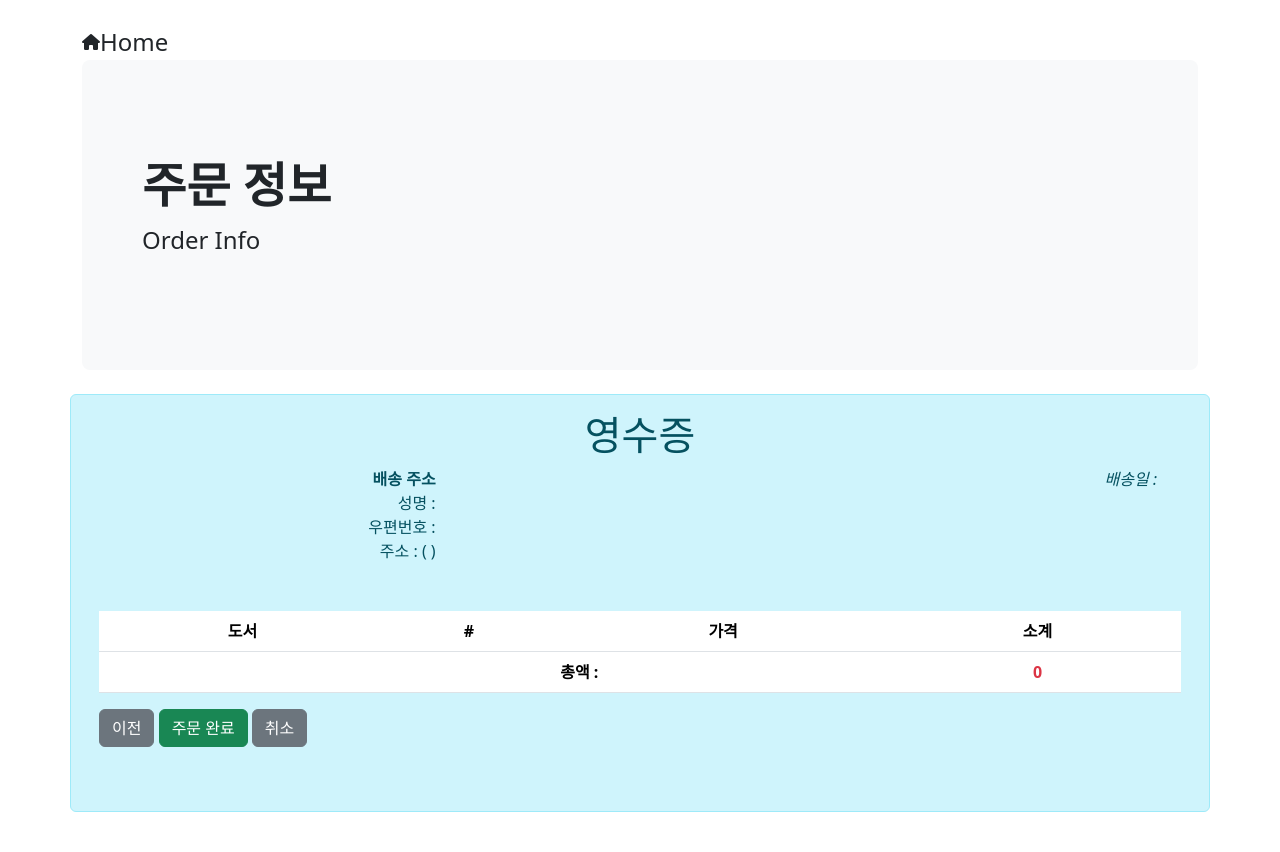
Repository: byeolchorong/ITedunet
Page: http://localhost/BookMarket/orderConfirmation.jsp
These files come from the project's save history. The page is drawn as it stood at one moment and after the next save; the edit follows.
The browser window is 1280 px wide. The pictures show the whole page.
Some web libraries are served in a nearby version. The page is served by Tomcat 10. Nobody is signed in. The application's start-up code is not run. Other server files are loaded and not shown.

Above is the page before, as saved 2025-06-02 03:58:20.

### JSP/BookMarket/src/main/webapp/orderConfirmation.jsp
<%@ page language="java" contentType="text/html; charset=UTF-8"
    pageEncoding="UTF-8"%>
<%@ page import="java.util.ArrayList" %>
<%@ page import="java.net.URLDecoder" %>
<%@ page import="dto.Book" %>
<%@ page import="dao.BookRepository" %>
<%System.out.println("orderConfirmation 입장"); %>

<%
	request.setCharacterEncoding("UTF-8");

	String cartId = session.getId();

	String shipping_cartId = "";
	String shipping_name = "";
	String shipping_shippingDate = "";
	String shipping_country = "";
	String shipping_zipCode = "";
	String shipping_addressName = "";

	Cookie[] cookies = request.getCookies();

	if (cookies != null) {
		for (int i=0; i<cookies.length; i++) {
			Cookie thisCookie = cookies[i];
			String n = thisCookie.getName();
			if (n.equals("Shipping_cartId")) { shipping_cartId = URLDecoder.decode((thisCookie.getValue()), "utf-8"); }
			if (n.equals("Shipping_name")) { shipping_name = URLDecoder.decode((thisCookie.getValue()), "utf-8"); }
			if (n.equals("Shipping_shippingDate")) { shipping_shippingDate = URLDecoder.decode((thisCookie.getValue()), "utf-8"); }
			if (n.equals("Shipping_country")) { shipping_country = URLDecoder.decode((thisCookie.getValue()), "utf-8"); }
			if (n.equals("Shipping_zipCode")) { shipping_zipCode = URLDecoder.decode((thisCookie.getValue()), "utf-8"); }
			if (n.equals("Shipping_addressName")) { shipping_addressName = URLDecoder.decode((thisCookie.getValue()), "utf-8"); }
		}
	}
%>

<!DOCTYPE html>
<html>
<head>
<meta charset="UTF-8">
<link href="https://cdn.jsdelivr.net/npm/bootstrap@5.3.6/dist/css/bootstrap.min.css" rel="stylesheet">
<script src="https://kit.fontawesome.com/705381df09.js" crossorigin="anonymous"></script>
<title>주문 정보</title>
</head>
<body>
<div class="container py-4">
	<%@ include file="menu.jsp" %>

	<div class="p-5 mb-4 bg-body-tertiary rounded-3">
		<div class="container-fluid py-5">
			<h1 class="display-5 fw-bold">주문 정보</h1>
			<p class="col-md-8 fs-4">Order Info</p>
		</div>
	</div>

	<div class="row align-items-md-stretch alert alert-info">
		<div class="text-center">
			<h1>영수증</h1>
		</div>

		<div class="row justify-content-between">
			<div class="col-4" align="right">
				<strong>배송 주소</strong> <br> 성명 : <% out.println(shipping_name); %><br>
				우편번호 : <% out.println(shipping_zipCode); %><br>
				주소 : <% out.println(shipping_addressName); %>(<% out.println(shipping_country); %>)<br>
			</div>

			<div class="col-4" align="right">
				<p><em>배송일 : <% out.println(shipping_shippingDate); %></em>
			</div>
		</div>

		<div class="py-5">
			<table class="table table-hover">
				<tr>
					<th class="text-center">도서</th>
					<th class="text-center">#</th>
					<th class="text-center">가격</th>
					<th class="text-center">소계</th>
				</tr>

				<%
					int sum = 0;
					ArrayList<Book> cartList = (ArrayList<Book>) session.getAttribute("cartlist");

					if (cartList == null) {
						cartList = new ArrayList<Book>();
					}
					for (int i=0; i<cartList.size(); i++) {
						Book book = cartList.get(i);
						int total = book.getUnitPrice() * book.getQuantity();
						sum += total;
				%>

				<tr>
					<td class="text-center"><em><%=book.getName() %></em></td>
					<td class="text-center"><%=book.getQuantity() %></td>
					<td class="text-center"><%=book.getUnitPrice() %>원</td>
					<td class="text-center"><%=total %>원</td>
				</tr>
				<%
					}
				%>
				<tr>
					<td> </td>
					<td> </td>
					<td class="text-right"><strong>총액 : </strong></td>
					<td class="text-center text-danger"><strong><%=sum %></strong></td>
				</tr>
			</table>

			<a href="./ShippingInfo.jsp?cartId=<%= shipping_cartId %>" class="btn btn-secondary" role="button"> 이전 </a>
			<a href="./thankCustomer.jsp" class="btn btn-success" role="button"> 주문 완료 </a>
			<a href="./checkOutCancelled.jsp" class="btn btn-secondary" role="button"> 취소 </a>
		</div>
	</div>

</div>
</body>
</html>

### JSP/BookMarket/src/main/webapp/menu.jsp
<%@ page language="java" contentType="text/html; charset=UTF-8"
    pageEncoding="UTF-8"%>
<link href="https://cdn.jsdelivr.net/npm/bootstrap@5.3.6/dist/css/bootstrap.min.css" rel="stylesheet">
<script src="https://kit.fontawesome.com/705381df09.js" crossorigin="anonymous"></script>

	<header>
		<a href="./welcome.jsp" class="d-flex align-items-center text-dark text-decoration-none">
			<i class="fa-solid fa-house"></i>
			<span class="fs-4">Home</span>
		</a>
	</header>

After the next save:
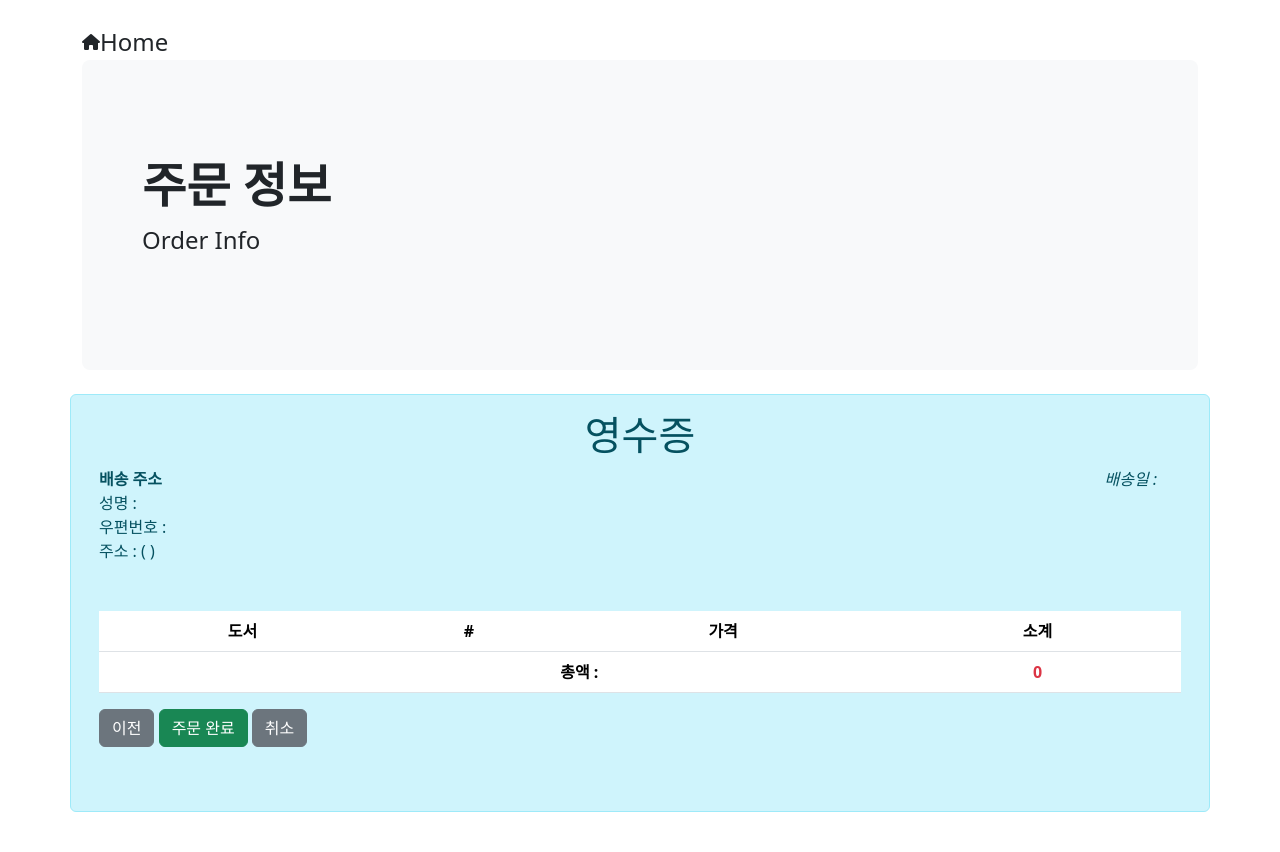
Saved 54 min 10 s later.
--- a/JSP/BookMarket/src/main/webapp/orderConfirmation.jsp
+++ b/JSP/BookMarket/src/main/webapp/orderConfirmation.jsp
@@ -59,7 +59,7 @@
 		</div>
 
 		<div class="row justify-content-between">
-			<div class="col-4" align="right">
+			<div class="col-4" align="left">
 				<strong>배송 주소</strong> <br> 성명 : <% out.println(shipping_name); %><br>
 				우편번호 : <% out.println(shipping_zipCode); %><br>
 				주소 : <% out.println(shipping_addressName); %>(<% out.println(shipping_country); %>)<br>
